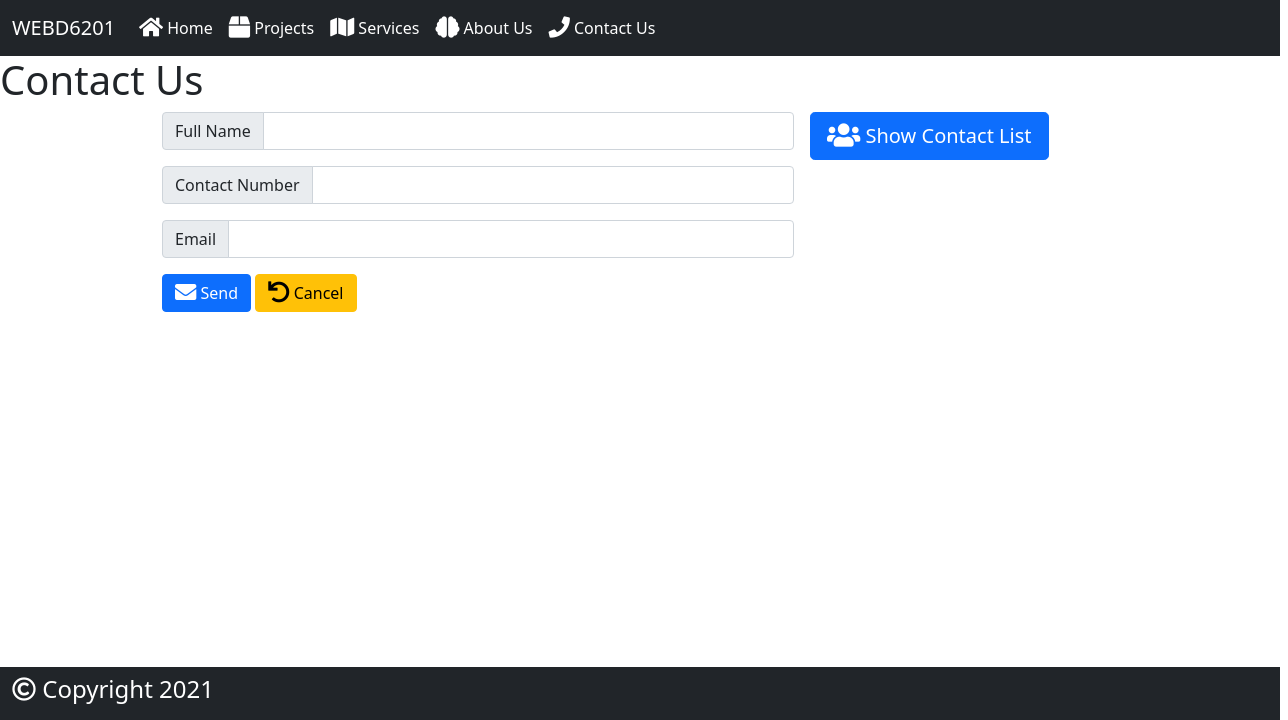
Repository: AshokSasi/WEBD6201-ASasi-JYuan-Lab2
Page: contact.html
An editor plug-in stored every save of this project. The page is shown before and after the next save, followed by the edit.
The browser window is 1280 px wide. The page is 1288 px wide, then 1280 px, so the pictures cover 1288 px, including what lies to the right of the window. The pictures show the whole page.

Above is the page before, as saved 2021-01-28 20:37:58.
Not found: Scripts/contact.js

After the next save:
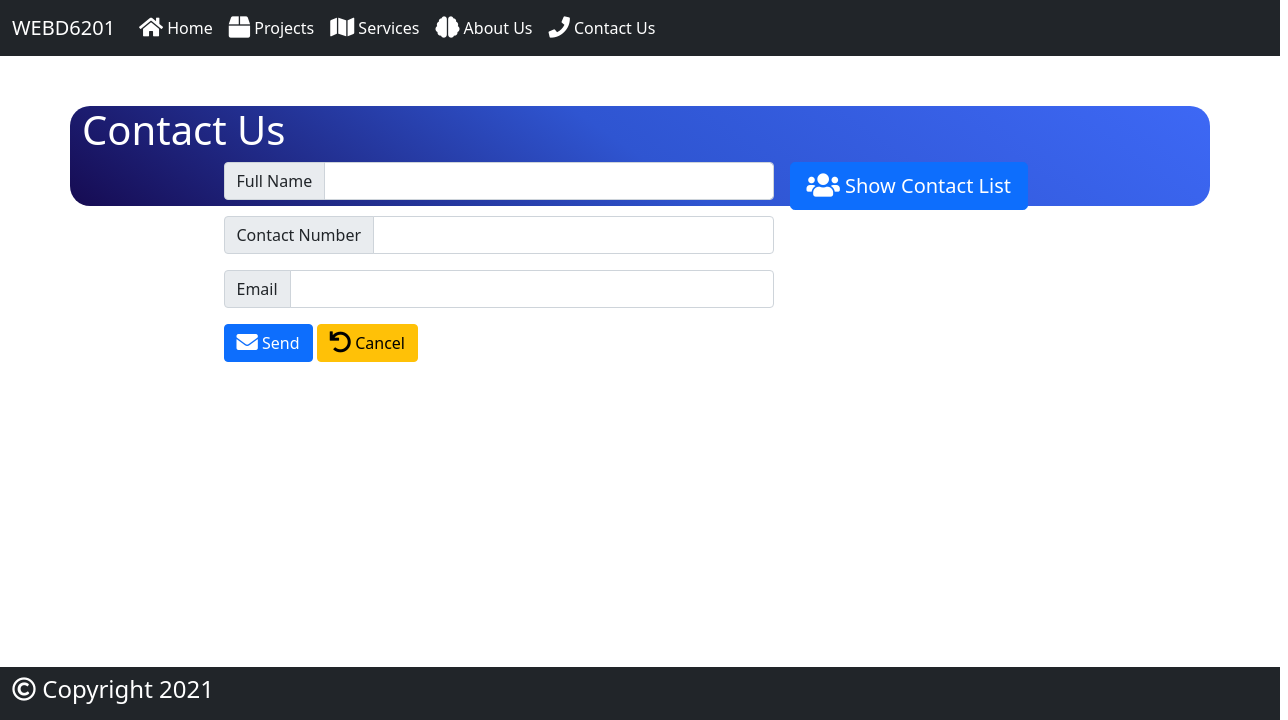
Saved 51 s later.
--- a/contact.html
+++ b/contact.html
@@ -44,7 +44,7 @@
   </header>
 
     <!-- Main Content-->
-    <main class="bg-image">
+    <main class="container">
         <h1>Contact Us</h1>
        <div id="messageArea">
 
